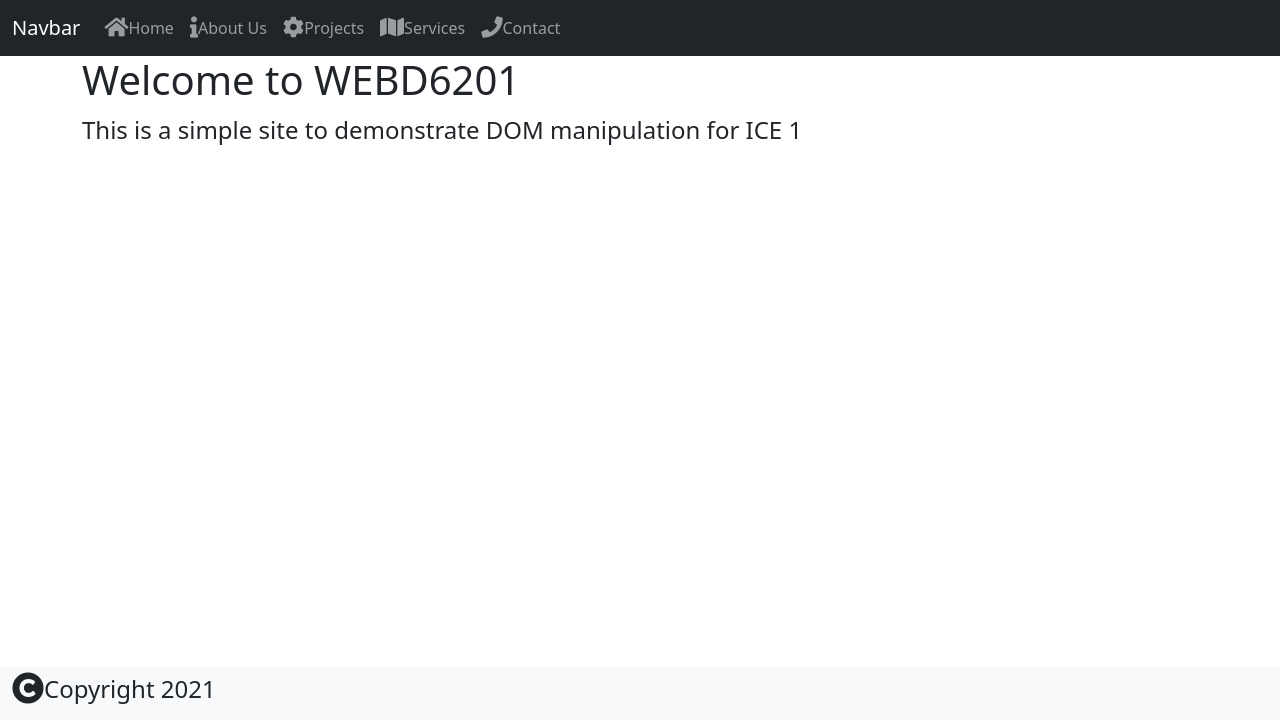
Repository: deividwsantoss/webd6201-W2021-ICE1
Page: Index.html
The author's editor kept a copy of each file at every save. The page is drawn from the files as they stood at one save, then again after the next save.
The browser window is 1280 px wide. The pictures show the whole page.

Above is the page before, as saved 2021-02-02 10:49:15.

### Index.html
<!DOCTYPE html>
<html lang="en">
<head>
    <meta charset="UTF-8">
    <meta name="viewport" content="width=device-width, initial-scale=1.0">
    <title>WEBD6201 - W2021 - ICE 1</title>
</head>
<!-- CSS SECTION -->
<link rel="stylesheet" href="./node_modules/bootstrap/dist/css/bootstrap.min.css">
<link rel="stylesheet" href="./node_modules/@fortawesome/fontawesome-free/css/all.min.css">
<link rel="stylesheet" href="./Content/app.css">

<body>
    <header>
        <nav class="navbar navbar-expand-lg navbar-dark bg-dark">
            <div class="container-fluid">
              <a class="navbar-brand" href="#">Navbar</a>
              <button class="navbar-toggler" type="button" data-bs-toggle="collapse" data-bs-target="#navbarSupportedContent" aria-controls="navbarSupportedContent" aria-expanded="false" aria-label="Toggle navigation">
                <span class="navbar-toggler-icon"></span>
              </button>
              <div class="collapse navbar-collapse" id="navbarSupportedContent">
                <ul class="navbar-nav me-auto mb-2 mb-lg-0">
                  <li class="nav-item">
                    <a class="nav-link" aria-current="page" href="#"><i class="fas fa-home fa-lg"></i>Home</a>
                  </li>
                  <li class="nav-item">
                    <a class="nav-link" aria-current="page" href="#"><i class="fas fa-info fa-lg"></i>About Us</a>
                  </li>
                  <li class="nav-item">
                    <a class="nav-link" aria-current="page" href="#"><i class="fas fa-cog fa-lg"></i>Projects</a>
                  </li>
                  <li class="nav-item">
                    <a class="nav-link" aria-current="page" href="#"><i class="fas fa-map fa-lg"></i>Services</a>
                  </li>
                  <li class="nav-item">
                    <a class="nav-link" aria-current="page" href="#"><i class="fas fa-phone fa-lg"></i>Contact</a>
                  </li>

                </ul>

              </div>
            </div>
          </nav>
    </header>
    <main class="container">

        <h1>Welcome to WEBD6201 </h1>
        <p id="paragraphOne"> </p>
    </main>

    <footer>
        <nav class="navbar fixed-bottom navbar-light bg-light">
            <div class="container-fluid">
                <h4><i class="fas fa-copyright fa-lg"></i>Copyright 2021 </h4>
            </div>
          </nav>

    </footer>
    <!-- Script Section-->
    <script src="./node_modules/jquery/dist/jquery.min.js"></script>
    <script src="./node_modules/bootstrap/dist/js/bootstrap.bundle.min.js"></script>
    <script src="./Scripts/app.js"></script>
</body>
</html>

### Scripts/app.js
/* Custom JavaScript goes here */


// IIFE -
//AKA - Anonymous self-excuting function

"use strict";

(function()
{


    function Start()
    {
        console.log("App Started...")

        let paragraphOneText = "This is a simple site to demonstrate DOM manipulation for ICE 1";
        let paragraphOneElement = document.getElementById("paragraphOne");

        //let paragraphOneParagraph = document.getElementsByTagName("p")[0];
        //let paragraphOneQuery = document.querySelector("p");
        //let paragraphOneQuerys = document.querySelectorAll("p")[0];

        paragraphOneElement.textContent = paragraphOneText;
        paragraphOneElement.className = "fs-4";


    }
    window.addEventListener("load", Start);


})();

Loaded but not shown: node_modules/bootstrap/dist/css/bootstrap.min.css (library); node_modules/@fortawesome/fontawesome-free/css/all.min.css (library); node_modules/jquery/dist/jquery.min.js (library); node_modules/bootstrap/dist/js/bootstrap.bundle.min.js (library); Content/app.css (no stored copy; drawn as an empty file)

After the next save:
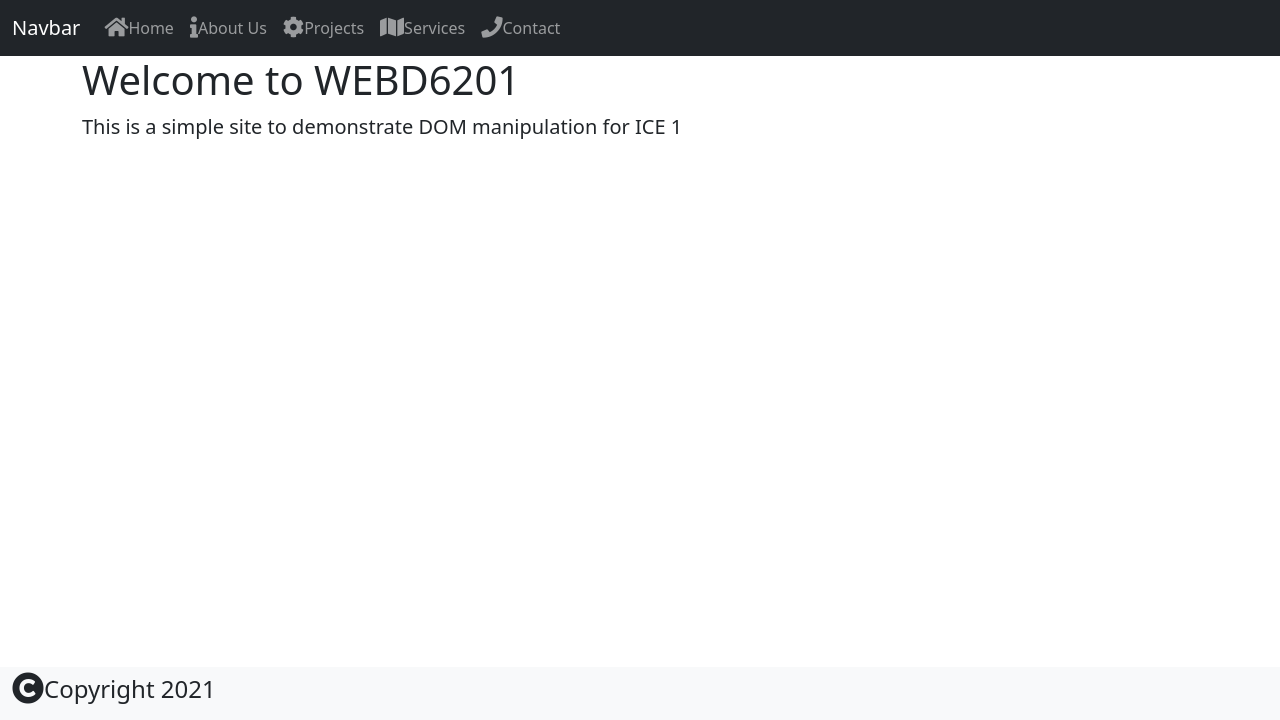
Saved 5 min 43 s later.
--- a/Scripts/app.js
+++ b/Scripts/app.js
@@ -22,7 +22,7 @@
         //let paragraphOneQuerys = document.querySelectorAll("p")[0];
 
         paragraphOneElement.textContent = paragraphOneText;
-        paragraphOneElement.className = "fs-4";
+        paragraphOneElement.className = "fs-5 text-centered";
 
 
     }
